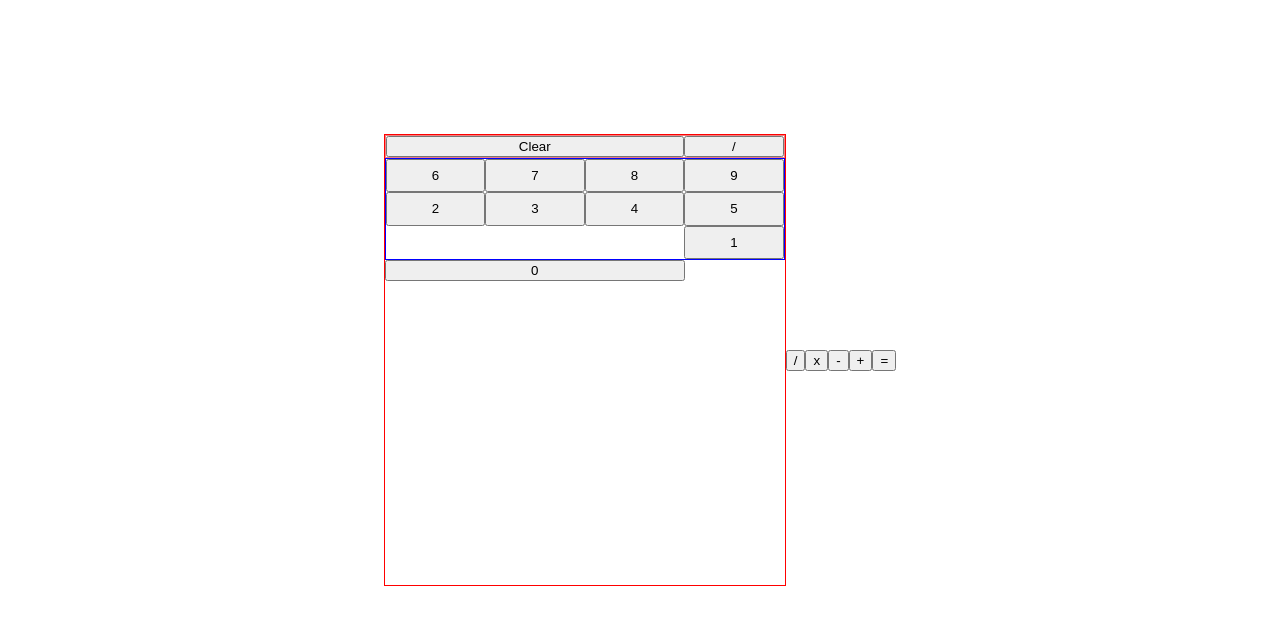
Repository: kocokoy/Calculator
Page: index.html
These files come from the project's save history. The page is drawn as it stood at one moment and after the next save; the edit follows.
The browser window is 1280 px wide. The pictures show the whole page.

Above is the page before, as saved 2024-10-22 14:47:56.

After the next save:
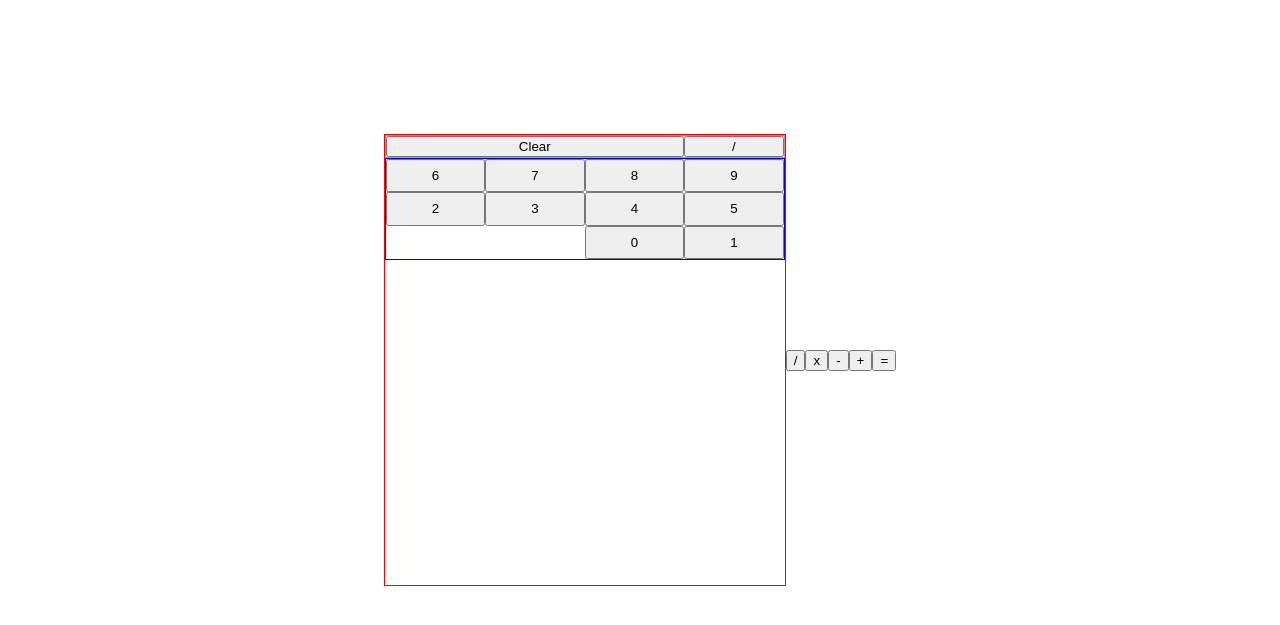
Saved 119 s later.
--- a/script.js
+++ b/script.js
@@ -28,7 +28,8 @@
       clearButtonContainer.appendChild(button);
       clearButtonContainer.appendChild(operandButton);
       break;
-    }else if(num === 0){
+    }else if(num === 0 && operand === '.' && operand === '='){
+      console.log(operand);
       button.classList.add('number-button');
       button.textContent = num;
       console.log(button);

After the save that followed:
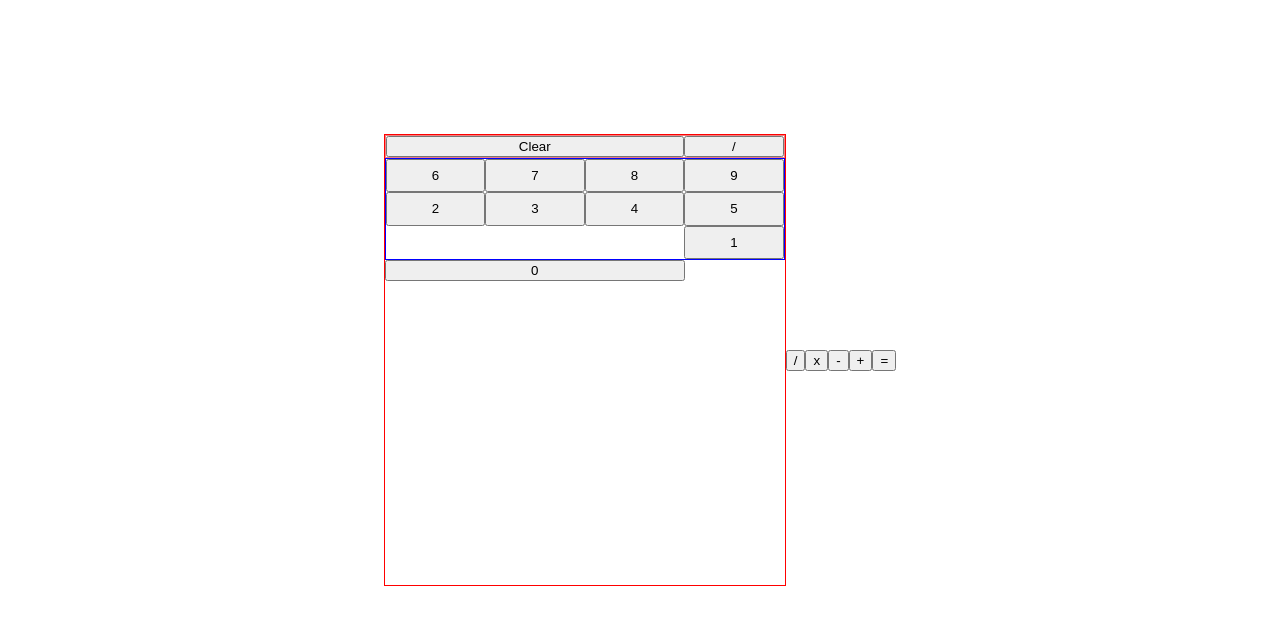
Saved 61 s later.
--- a/script.js
+++ b/script.js
@@ -28,12 +28,14 @@
       clearButtonContainer.appendChild(button);
       clearButtonContainer.appendChild(operandButton);
       break;
-    }else if(num === 0 && operand === '.' && operand === '='){
-      console.log(operand);
+    }else if(num === 0){
       button.classList.add('number-button');
       button.textContent = num;
       console.log(button);
       zeroButtonContainer.appendChild(button);
+      if(operand === '.' && operand === '='){
+        console.log(operand);
+      }
       break;
     }else{
       button.classList.add('zero-button');
